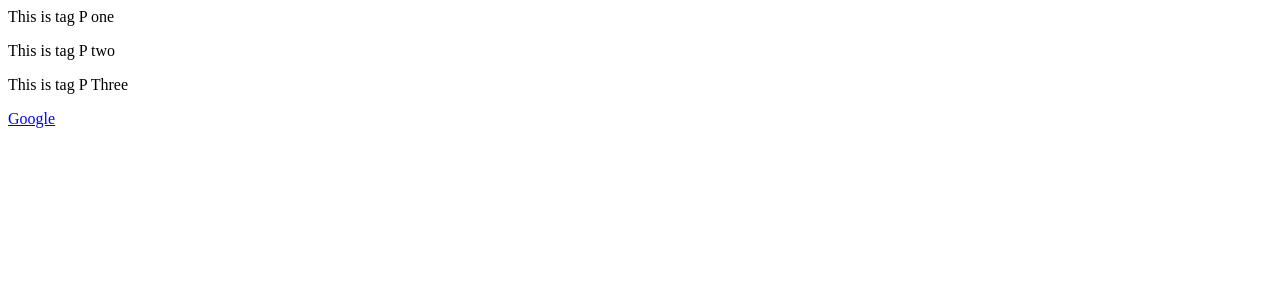
Repository: VDHBK/Learn-JS
Page: JS-Huy/DOM/querySelector.html
An editor plug-in stored every save of this project. The page is shown before and after the next save, followed by the edit.
The browser window is 1280 px wide. The pictures show the whole page.

Above is the page before, as saved 2020-10-16 09:28:13.

### JS-Huy/DOM/querySelector.html
<!-- DOM querySelector -->
<html>
	<head>
	</head>
	<body>
            <p id="one">This is tag P one </p>
            <p class="description">This is tag P two </p>
            <p>This is tag P Three </p>
            <p>
                <a href="#">
                    Google
                </a>
            </p>

        <script>


            document.querySelector("p a ").style.color="blue" ; //tác động tới các thẻ bên trong thẻ lồng nhau
        </script>
	</body>
</html>

After the next save:
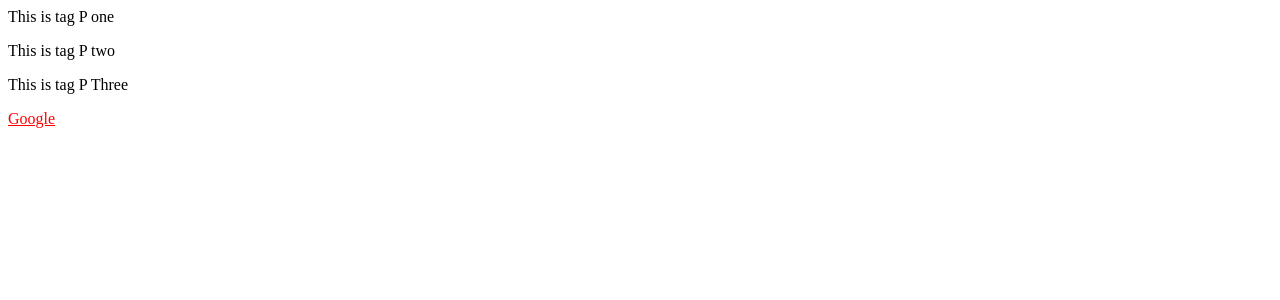
Saved 33 s later.
--- a/JS-Huy/DOM/querySelector.html
+++ b/JS-Huy/DOM/querySelector.html
@@ -15,7 +15,7 @@
         <script>
 
 
-            document.querySelector("p a ").style.color="blue" ; //tác động tới các thẻ bên trong thẻ lồng nhau
+            document.querySelector("p a ").style.color="red" ; //tác động tới các thẻ bên trong thẻ lồng nhau
         </script>
 	</body>
 </html>
